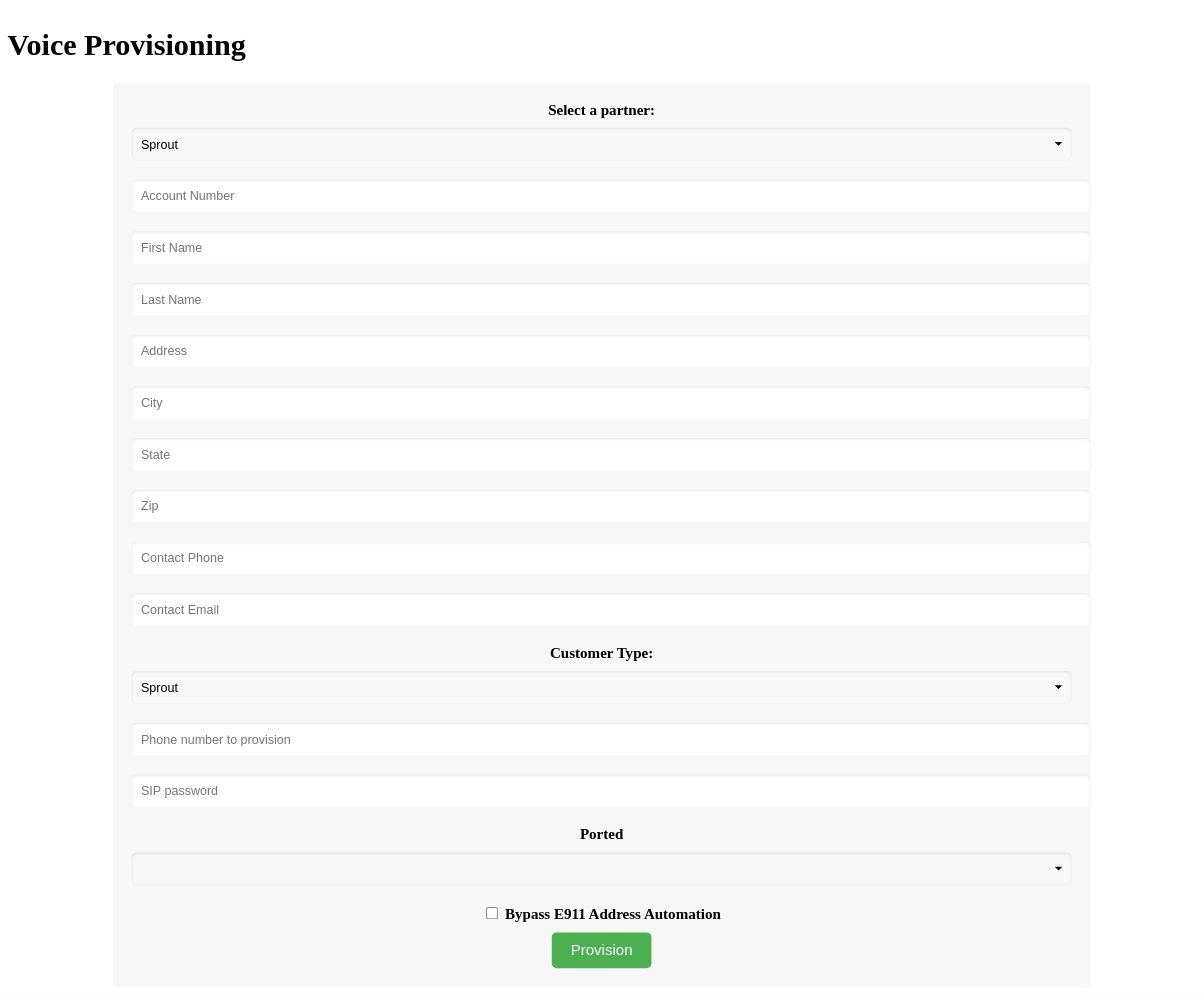
Repository: smallchungus/logiccom
Page: /
An editor plug-in stored every save of this project. The page is shown before and after the next save, followed by the edit.
The browser window is 1280 px wide. The pictures show the whole page, at 94% of full size.
The project was rebuilt for these pictures with package versions that can differ from the ones it lists, and the page was loaded fresh each time. Also part of the build but not shown: vite.config.ts.

Above is the page before, as saved 2023-05-04 11:31:05.

After the next save:
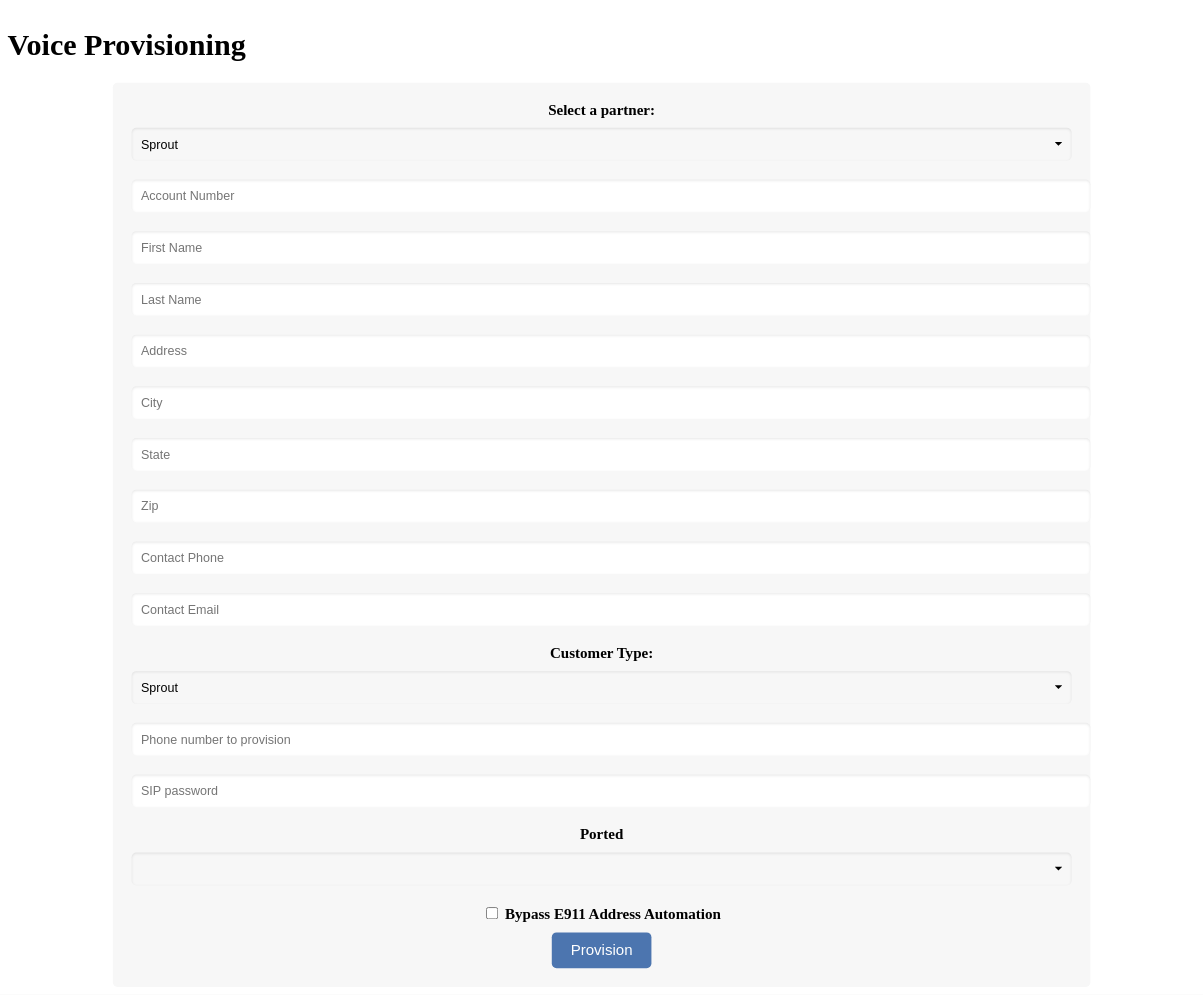
Saved 39 s later.
--- a/src/styles.css
+++ b/src/styles.css
@@ -39,7 +39,7 @@ body {
   }
 
   button[type="submit"] {
-    background-color: #4caf50;
+    background-color: #4c75af;
     color: #fff;
     border: none;
     border-radius: 5px;
